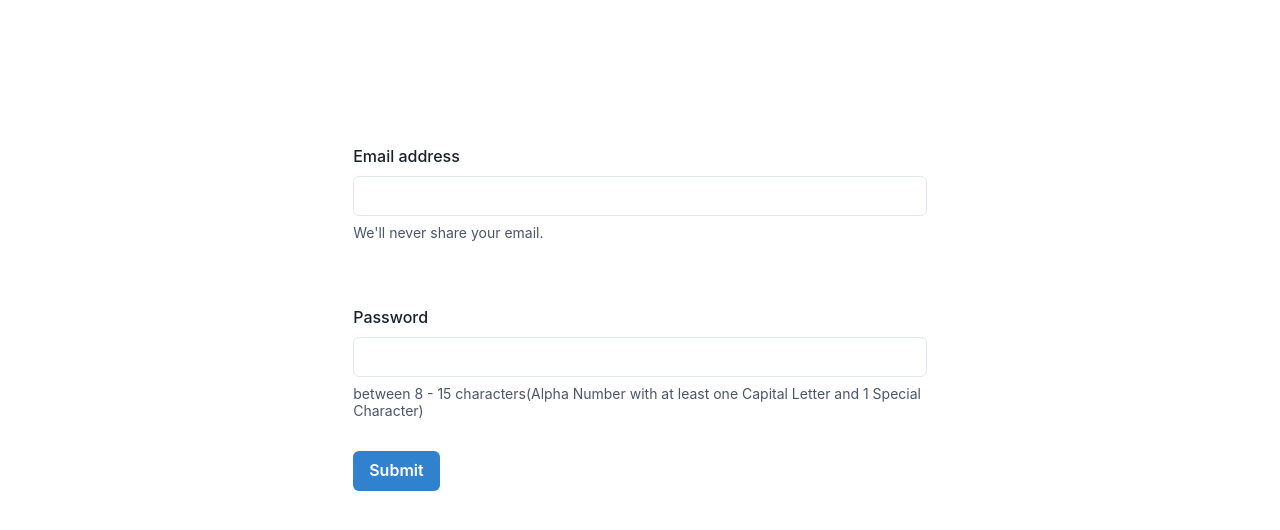
Repository: NeeleshRoy/synechron
Page: /
An editor plug-in stored every save of this project. The page is shown before and after the next save, followed by the edit.
The browser window is 1280 px wide. The pictures show the whole page.
The project was rebuilt for these pictures with package versions that can differ from the ones it lists, and the page was loaded fresh each time.

Above is the page before, as saved 2023-02-04 20:18:23.

After the next save:
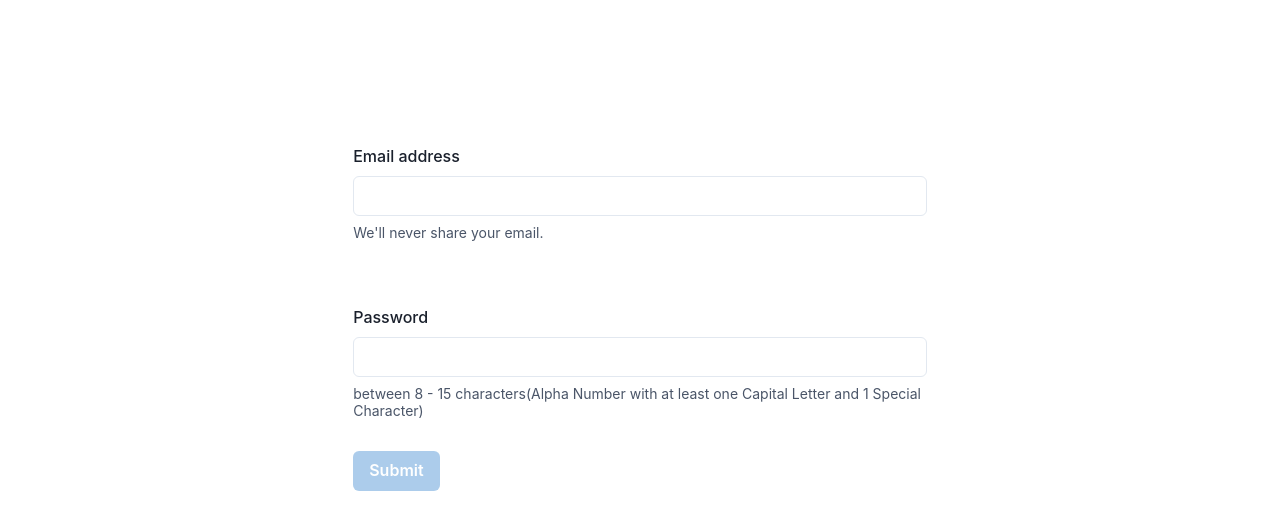
Saved 5 s later.
--- a/src/components/Home.jsx
+++ b/src/components/Home.jsx
@@ -50,7 +50,7 @@ const Home = () => {
           Letter and 1 Special Character)
         </FormHelperText>
       </FormControl>
-      <Button colorScheme="blue" mt={8} isDisabled={!email && password}>
+      <Button colorScheme="blue" mt={8} isDisabled={!(email && password)}>
         Submit
       </Button>
     </div>
